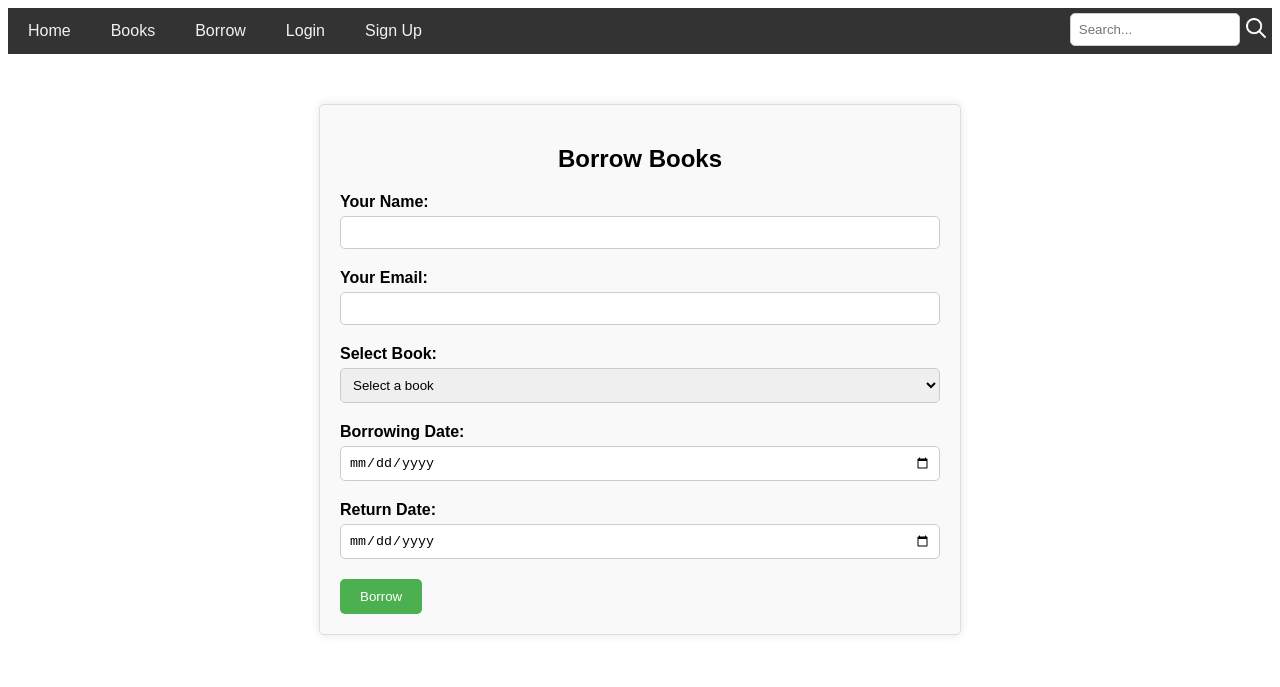
Repository: fadyesk12/Web-Technology-Course-Project
Page: borrow.html
An editor plug-in stored every save of this project. The page is shown before and after the next save, followed by the edit.
The browser window is 1280 px wide. The pictures show the whole page.

Above is the page before, as saved 2024-04-19 02:32:28.

### borrow.html
<!DOCTYPE html>
<html lang="en">
<head>
<meta charset="UTF-8">
<meta name="viewport" content="width=device-width, initial-scale=1.0">
<title>Borrow Books</title>
<link rel="stylesheet" href="./Styling/borrow.css">
</head>
<body>
  <div id="navbar">
    <a href="./index.html">Home</a>
    <a href="./book_list.html">Books</a>
    <a href="./borrow.html">Borrow</a>
    <a href="./auth/login.html">Login</a>
    <a href="./auth/signup.html">Sign Up</a>
    <div class ="search">
      <form action="" method="get">
        <input type="text" placeholder="Search...">
        <button type="submit"><img src="./PICS/search.png"></button>
      </form>
    </div>
</div>

<div class="container">
  <h2>Borrow Books</h2>
  <form action="#" method="post">
    <div class="form-group">
      <label for="name">Your Name:</label>
      <input type="text" id="name" name="name" required>
    </div>
    <div class="form-group">
      <label for="email">Your Email:</label>
      <input type="email" id="email" name="email" required>
    </div>
    <div class="form-group">
      <label for="book">Select Book:</label>
      <select id="book" name="book" required>
        <option value="">Select a book</option>
        <option value="book1">Book 1</option>
        <option value="book2">Book 2</option>
        <option value="book3">Book 3</option>
        <!-- Add more books as needed -->
      </select>
    </div>
    <div class="form-group">
      <label for="borrow-date">Borrowing Date:</label>
      <input type="date" id="borrow-date" name="borrow-date" required>
    </div>
    <div class="form-group">
      <label for="return-date">Return Date:</label>
      <input type="date" id="return-date" name="return-date" required>
    </div>
    <input type="submit" value="Borrow">
  </form>
</div>

</body>
</html>

### Styling/borrow.css
#navbar {
    overflow: hidden;
    background-color: #333;
}
#navbar a {
    float: left;
    display: block;
    color: #f2f2f2;
    text-align: center;
    padding: 14px 20px;
    text-decoration: none;
   }
#navbar a:hover {
    background-color: #ddd;
    color: black;
   }
 body {
   font-family: Arial, sans-serif;
 }

 .container {
   max-width: 600px;
   margin: 50px auto;
   padding: 20px;
   border: 1px solid #ddd;
   border-radius: 5px;
   background-color: #f9f9f9;
   box-shadow: 0 0 10px rgba(0, 0, 0, 0.1);
 }

 .form-group {
   margin-bottom: 20px;
 }

 label {
   display: block;
   font-weight: bold;
   margin-bottom: 5px;
 }

 h1, h2 {
    text-align: center;
  }

 input[type="text"],
 input[type="email"],
 select,
 input[type="date"] {
   width: 100%;
   padding: 8px;
   border: 1px solid #ccc;
   border-radius: 5px;
   box-sizing: border-box;
 }

 input[type="submit"] {
   background-color: #4CAF50;
   color: white;
   padding: 10px 20px;
   border: none;
   border-radius: 5px;
   cursor: pointer;
 }

 input[type="submit"]:hover {
   background-color: #45a049;
 }

 .search{
 margin-top: 5px;
 float:right;
 }

.search input{
 width:75%;
 }

.search img{
 width: 20px;
 }

.search button{
 background-color: #333;
 border: 0;
 }

 .search form{
     display: flex;
     align-items: center;
     justify-content: right;
   }

After the next save:
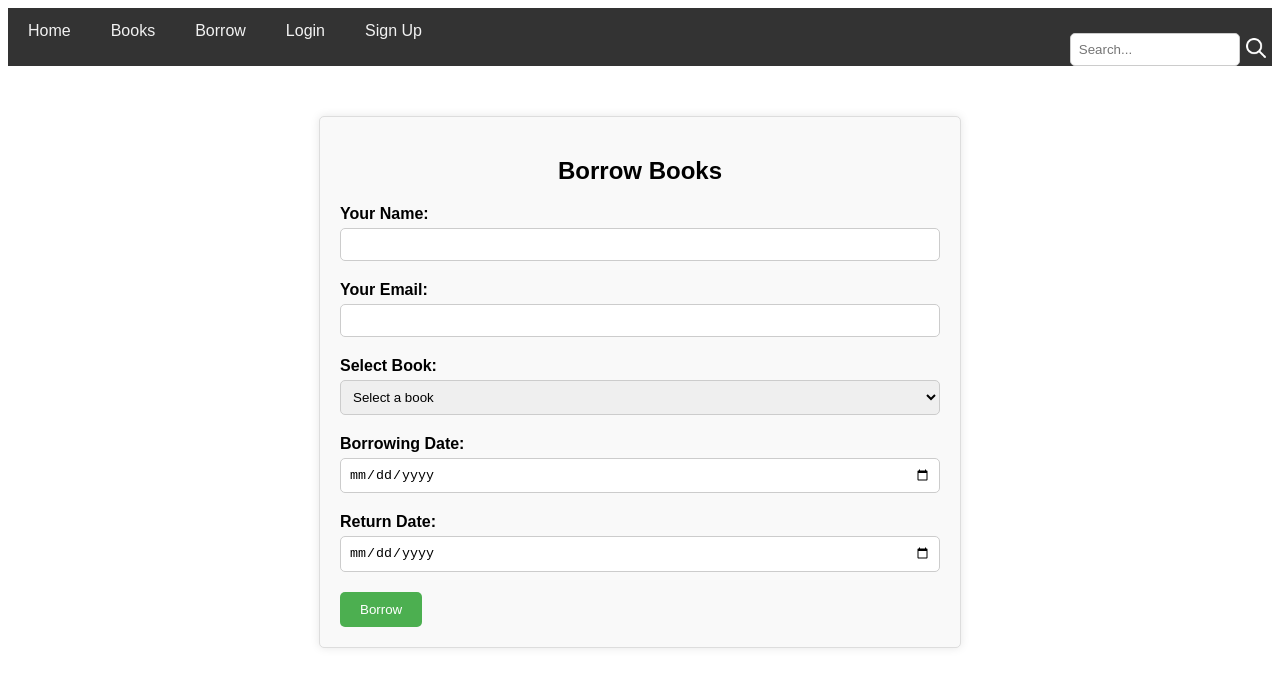
Saved 22 s later.
--- a/Styling/borrow.css
+++ b/Styling/borrow.css
@@ -40,6 +40,10 @@
 
  h1, h2 {
     text-align: center;
+  }
+
+  form {
+    margin-top: 20px;
   }
 
  input[type="text"],
